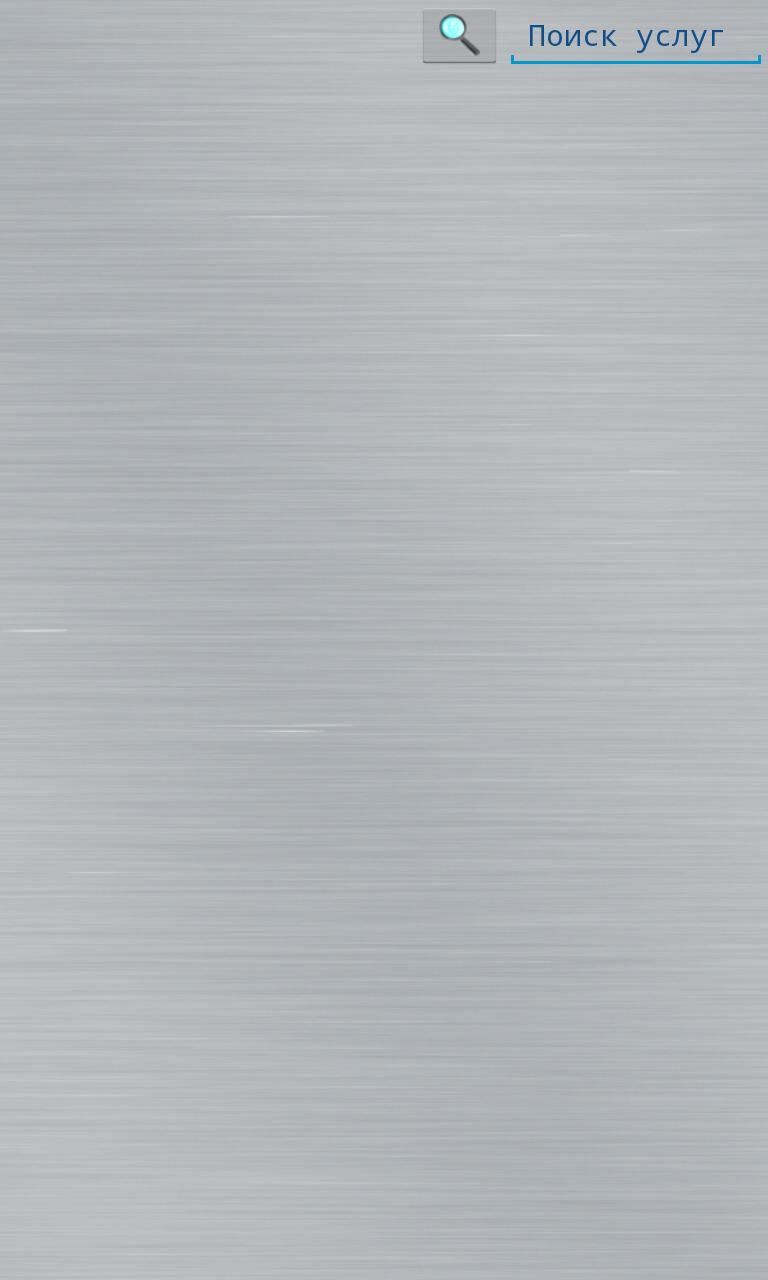
Repository: complexityclass/GosClient
Layout: Client/res/layout/listview_searchbar_layout.xml
These files come from the project's save history. The layout is drawn as it stood at one moment and after the next save; the edit follows.
It is drawn on a 768 x 1280 px phone screen (xhdpi) without system bars, with theme AppTheme; the app's code is not run. Lists and similar views that code fills are empty.

Above is the layout before, as saved 2013-05-23 06:35:57.

### Client/res/layout/listview_searchbar_layout.xml
<?xml version="1.0" encoding="utf-8"?><RelativeLayout xmlns:android="http://schemas.android.com/apk/res/android"
    android:layout_width="fill_parent"
    android:layout_height="fill_parent"
    android:background="@drawable/back">

    <EditText
        android:id="@+id/editText1"
        android:layout_width="132dp"
        android:layout_height="wrap_content"
        android:layout_alignParentRight="true"
        android:layout_alignParentTop="true"
        android:layout_toRightOf="@+id/imageButton1"
        android:cursorVisible="false"
        android:ems="10"
        android:singleLine="true"
        android:text="Поиск услуг"
        android:textColor="#104E8B"
        android:textSize="15sp"
        android:typeface="monospace" >

        <requestFocus />
    </EditText>

    <ListView
        android:id="@+id/listView1"
        android:layout_width="fill_parent"
        android:layout_height="wrap_content"
        android:layout_alignParentLeft="true"
        android:layout_below="@+id/editText1" >
    </ListView>

    <ImageButton
        android:id="@+id/ImageButton01"
        android:layout_width="wrap_content"
        android:layout_height="wrap_content"
        android:layout_above="@+id/listView1"
        android:layout_toLeftOf="@+id/editText1"
        android:src="@drawable/magnifier" />



</RelativeLayout>

Loaded but not shown: Client/res/values-v11/styles.xml (common file); Client/res/values-v14/styles.xml (common file); Client/res/values/styles.xml (common file)

After the next save:
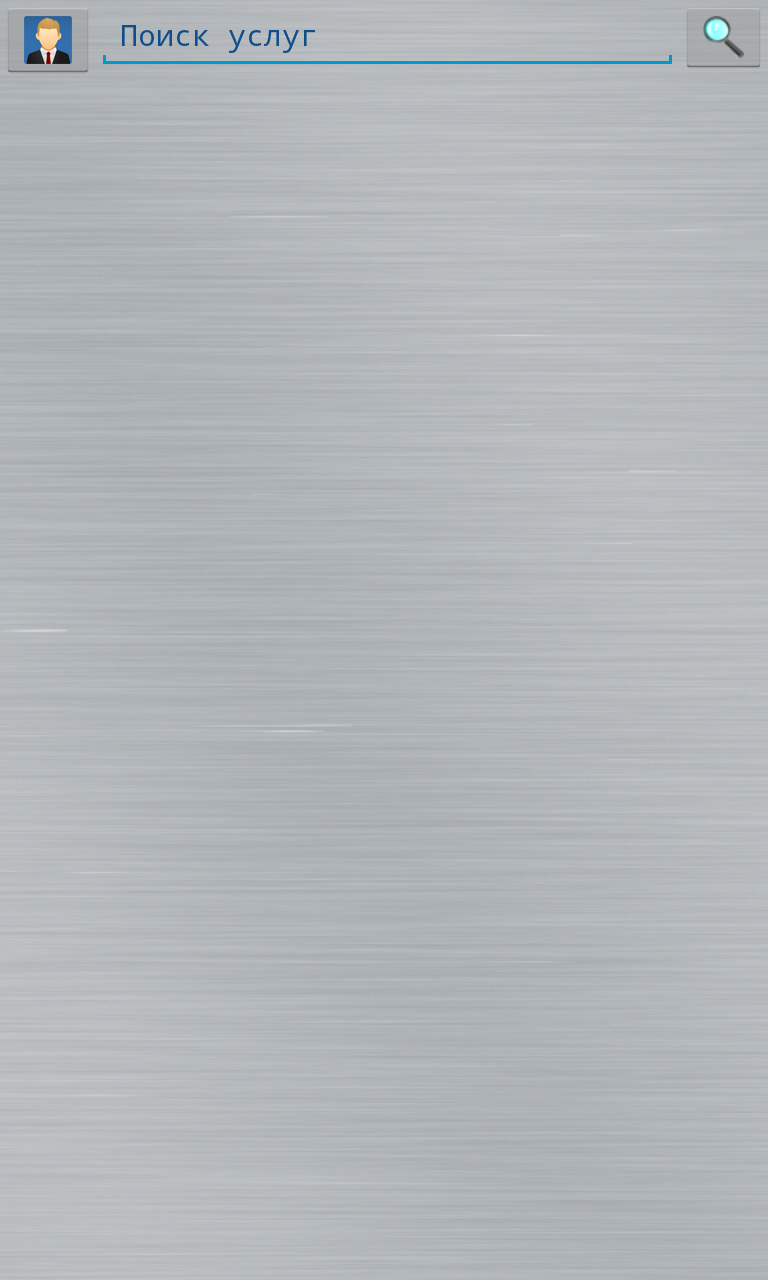
Saved 2 min 51 s later.
--- a/Client/res/layout/listview_searchbar_layout.xml
+++ b/Client/res/layout/listview_searchbar_layout.xml
@@ -3,12 +3,28 @@
     android:layout_height="fill_parent"
     android:background="@drawable/back">
 
+    <ListView
+        android:id="@+id/listView1"
+        android:layout_width="fill_parent"
+        android:layout_height="wrap_content"
+        android:layout_alignParentLeft="true"
+        android:layout_below="@+id/editText1" >
+    </ListView>
+
+    <ImageButton
+        android:id="@+id/imageButton1"
+        android:layout_width="wrap_content"
+        android:layout_height="wrap_content"
+        android:layout_alignParentLeft="true"
+        android:layout_alignParentTop="true"
+        android:src="@drawable/avatar" />
+
     <EditText
         android:id="@+id/editText1"
         android:layout_width="132dp"
         android:layout_height="wrap_content"
-        android:layout_alignParentRight="true"
         android:layout_alignParentTop="true"
+        android:layout_toLeftOf="@+id/ImageButton01"
         android:layout_toRightOf="@+id/imageButton1"
         android:cursorVisible="false"
         android:ems="10"
@@ -21,22 +37,12 @@
         <requestFocus />
     </EditText>
 
-    <ListView
-        android:id="@+id/listView1"
-        android:layout_width="fill_parent"
-        android:layout_height="wrap_content"
-        android:layout_alignParentLeft="true"
-        android:layout_below="@+id/editText1" >
-    </ListView>
-
     <ImageButton
         android:id="@+id/ImageButton01"
         android:layout_width="wrap_content"
         android:layout_height="wrap_content"
-        android:layout_above="@+id/listView1"
-        android:layout_toLeftOf="@+id/editText1"
+        android:layout_alignParentRight="true"
+        android:layout_alignParentTop="true"
         android:src="@drawable/magnifier" />
 
-
-
 </RelativeLayout>
